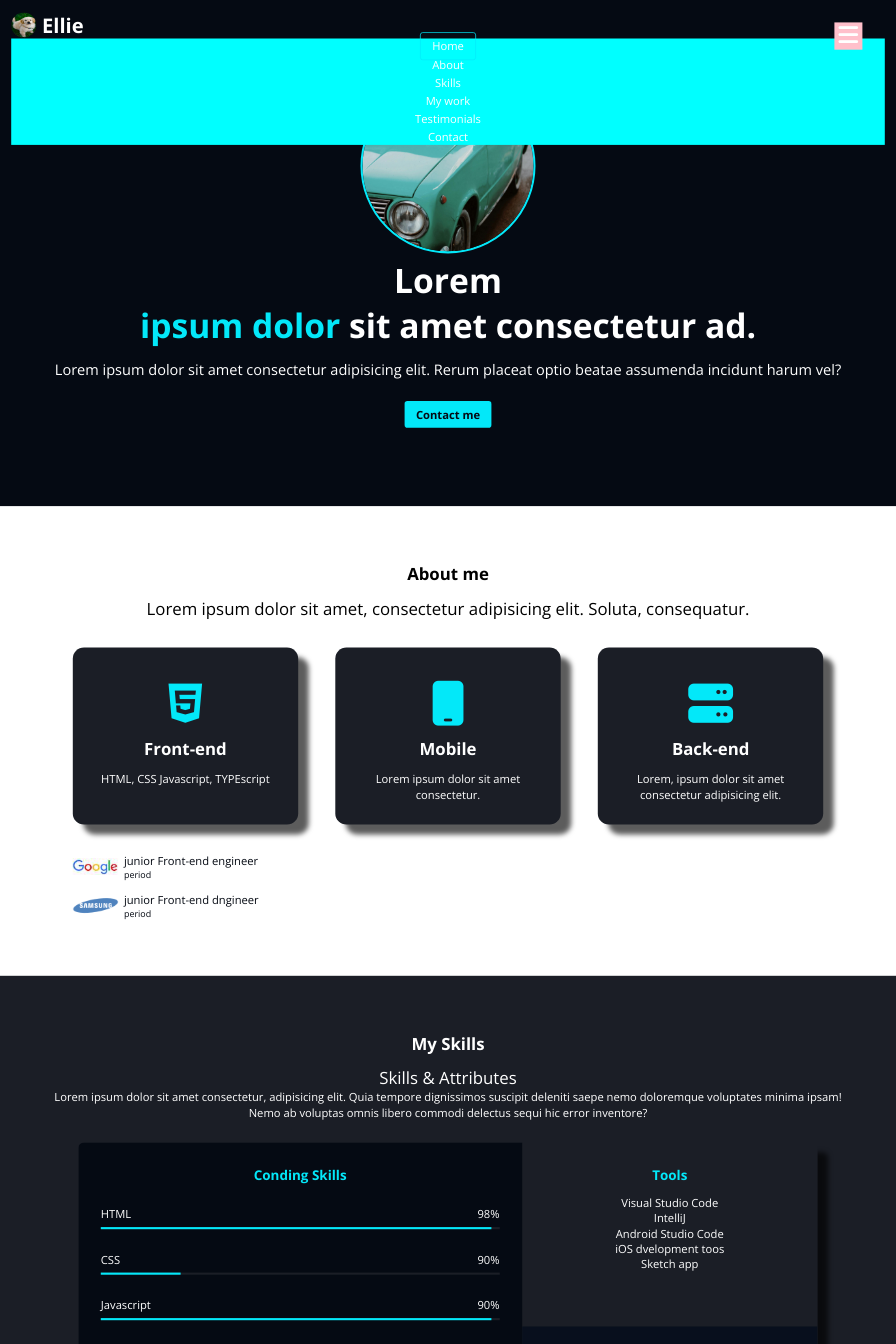
Repository: Arden-Sol/portfolio-website-clone-coding
Page: index.html
An editor plug-in stored every save of this project. The page is shown before and after the next save, followed by the edit.
The browser window is 1280 px wide. The pictures show the part of the page from y = 0 to 1920 px (the page is 4153 px tall), at 70% of full size.
Some web libraries are served in a nearby version.

Above is the page before, as saved 2024-04-04 23:54:32.

### index.html
<!DOCTYPE html>
<html lang="en">

<head>
  <meta charset="UTF-8">
  <meta name="viewport" content="width=device-width, initial-scale=1.0">
  <!-- SEO -->
  <title>Arden&#39;s portfolio</title>
  <meta name="description" content="포트폴리오 연습장" />
  <meta name="author" content="arden">
  <link rel="shortcut icon" href="image/favicon.jpg" type="image/x-icon">
  <!-- OG (Open Graph Data) -->
  <meta property="og:title" content="포트폴리오">
  <meta property="og:type" content="website">
  <meta property="og:url" content="배포후 생성된 URL">
  <meta property="og:image" content="배포후 생성된 이미지 URL">
  <!-- Goole Font -->
  <link rel="preconnect" href="https://fonts.googleapis.com">
  <link rel="preconnect" href="https://fonts.gstatic.com" crossorigin>
  <link href="https://fonts.googleapis.com/css2?family=Open+Sans:ital,wght@0,300..800;1,300..800&display=swap"
    rel="stylesheet">
  <!-- Font Awesome -->
  <script src="https://kit.fontawesome.com/4dc9c1b526.js" crossorigin="anonymous"></script>
  <!-- CSS -->
  <link rel="stylesheet" href="css/style.css">
  <!-- Javascript -->
  <script src="src/main.js" defer></script>
</head>

<body>
  <!-- Header -->
  <header class="header">
    <div class="header__logo">
      <img class="header__logo__img" src="image/favicon.jpg" alt="">
      <h1 class="header__logo__title"><a href="#">Ellie</a></h1>
    </div>
    <nav class="header__nav">
      <ul class="header__menu">
        <li><a class="header__menu__item active" href="#home">Home</a></li>
        <li><a class="header__menu__item" href="#about">About</a></li>
        <li><a class="header__menu__item" href="#skills">Skills</a></li>
        <li><a class="header__menu__item" href="#work">My work</a></li>
        <li><a class="header__menu__item" href="#testimonial">Testimonials</a></li>
        <li><a class="header__menu__item" href="#contact">Contact</a></li>
      </ul>
    </nav>
    <button class="header__bars">
      <i class="fa-solid fa-bars"></i>
    </button>
  </header>
  <!-- Main -->
  <main>
    <!-- Home -->
    <section id="home" class="section">
      <div class="home__container">
        <img class="home__avatar" src="image/picture.jpg" alt="picture">
        <h2 class="home__title">Lorem <br> <strong class="home__title--strong">ipsum dolor</strong> sit amet consectetur
          ad.</h2>
        <p class="home__description">Lorem ipsum dolor sit amet consectetur adipisicing elit. Rerum placeat optio beatae
          assumenda incidunt harum
          vel?</p>
        <a class="home__contact" href="#contact">Contact me</a>
      </div>
    </section>
    <!-- About -->
    <section id="about" class="section max-container">
      <h2 class="title">About me</h2>
      <p class="description">Lorem ipsum dolor sit amet, consectetur adipisicing elit. Soluta, consequatur.</p>
      <ul class="majors">
        <li class="major">
          <i class="fa-brands fa-html5 major__icon"></i>
          <p class="major__title">Front-end</p>
          <p>HTML, CSS Javascript, TYPEscript</p>
        </li>
        <li class="major">
          <i class="fa-solid fa-mobile major__icon"></i>
          <p class="major__title">Mobile</p>
          <p>Lorem ipsum dolor sit amet consectetur.</p>
        </li>
        <li class="major">
          <i class="fa-solid fa-server major__icon"></i>
          <p class="major__title">Back-end</p>
          <p>Lorem, ipsum dolor sit amet consectetur adipisicing elit.</p>
        </li>
      </ul>
      <ul class="jobs">
        <li class="job"><img src="image/jobs/google.png" alt="google">
          <div>
            <p class="job__name">junior Front-end engineer</p>
            <p class="job__period">period</p>
          </div>
        </li>
        <li class="job"><img src="image/jobs/samsung.png" alt="samsung">
          <div>
            <p class="job__name">
              junior Front-end dngineer
            </p>
            <p class="job__period">period</p>
          </div>
        </li>
      </ul>
    </section>
    <!-- Skills -->
    <section id="skills" class="section">
      <div class="max-container">
        <h2 class="title">My Skills</h2>
        <p class="description">Skills & Attributes</p>
        <p>Lorem ipsum dolor sit amet consectetur, adipisicing elit. Quia tempore dignissimos suscipit deleniti saepe
          nemo
          doloremque voluptates minima ipsam! Nemo ab voluptas omnis libero commodi delectus sequi hic error inventore?
        </p>
        <div class="skills">
          <section class="skills__coding">
            <h3 class="skills__title">Conding Skills</h3>
            <ul>
              <li class="bar">
                <div class="bar__metadata"><span>HTML</span><span>98%</span></div>
                <div class="bar__bg">
                  <div class="bar__value" style="width: 98%"></div>
                </div>
              </li>
              <li class="bar">
                <div class="bar__metadata"><span>CSS</span><span>90%</span></div>
                <div class="bar__bg">
                  <div class="bar__value" style="width: 20%"></div>
                </div>
              </li>
              <li class="bar">
                <div class="bar__metadata"><span>Javascript</span><span>90%</span></div>
                <div class="bar__bg">
                  <div class="bar__value" style="width: 98%"></div>
                </div>
              </li>
              <li class="bar">
                <div class="bar__metadata"><span>TYPEscript</span><span>80%</span></div>
                <div class="bar__bg">
                  <div class="bar__value" style="width: 98%"></div>
                </div>
              </li>
              <li class="bar">
                <div class="bar__metadata"><span>NodeJs</span><span>78%</span></div>
                <div class="bar__bg">
                  <div class="bar__value" style="width: 98%"></div>
                </div>
              </li>
              <li class="bar">
                <div class="bar__metadata"><span>React</span><span>68%</span></div>
                <div class="bar__bg">
                  <div class="bar__value" style="width: 98%"></div>
                </div>
              </li>
            </ul>
          </section>
          <section class="skills__tools">
            <h3 class="skills__title">Tools</h3>
            <ul>
              <li>Visual Studio Code</li>
              <li>IntelliJ</li>
              <li>Android Studio Code</li>
              <li>iOS dvelopment toos</li>
              <li>Sketch app</li>
            </ul>
          </section>
          <section class="skills__etc">
            <h3 class="skills__title">Etc</h3>
            <ul>
              <li>Git</li>
              <li>Scurm Master</li>
              <li>Math</li>
            </ul>
          </section>
        </div>
      </div>
    </section>
    <!-- Work -->
    <section id="work" class="section">
      <div class="max-container">
        <h2 class="title">My work</h2>
        <p class="description">Projects</p>
        <ul class="categories">
          <li><button class="category category--selected">All <span class="category__count">8</span></button></li>
          <li><button class="category">Front-end <span class="category__count">3</span></button></li>
          <li><button class="category">Back-end <span class="category__count">3</span></button></li>
          <li><button class="category">Mobile <span class="category__count">2</span></button></li>
        </ul>
        <ul class="projects">
          <li class="project">
            <a href="#" target="_blank">
              <img src="image/projects/project1.webp" alt="project8" class="project__img">
              <div class="project__metadata">
                <h3 class="project__title">Project #1</h3>
                <p>Clone Coding with HTML, CSS</p>
              </div>
            </a>
          </li>
          <li class="project"><a href="#" target="_blank"><img src="image/projects/project1.webp" alt="project1"
                class="project__img">
              <div class="project__metadata">
                <h3 class="project__title">Project #1</h3>
                <p>Clone Coding with HTML, CSS</p>
              </div>
            </a></li>
          <li class="project"><a href="#" target="_blank"><img src="image/projects/project2.webp" alt="project2"
                class="project__img">
              <div class="project__metadata">
                <h3 class="project__title">Project #2</h3>
                <p>Clone Coding with HTML, CSS</p>
              </div>
            </a></li>
          <li class="project"><a href="#" target="_blank"><img src="image/projects/project3.webp" alt="project3"
                class="project__img">
              <div class="project__metadata">
                <h3 class="project__title">Project #3</h3>
                <p>Clone Coding with HTML, CSS</p>
              </div>
            </a></li>
          <li class="project"><a href="#" target="_blank"><img src="image/projects/project4.webp" alt="project4"
                class="project__img">
              <div class="project__metadata">
                <h3 class="project__title">Project #4</h3>
                <p>Clone Coding with HTML, CSS</p>
              </div>
            </a></li>
          <li class="project"><a href="#" target="_blank"><img src="image/projects/project5.webp" alt="project5"
                class="project__img">
              <div class="project__metadata">
                <h3 class="project__title">Project #5</h3>
                <p>Clone Coding with HTML, CSS</p>
              </div>
            </a></li>
          <li class="project"><a href="#" target="_blank"><img src="image/projects/project6.webp" alt="project6"
                class="project__img">
              <div class="project__metadata">
                <h3 class="project__title">Project #6</h3>
                <p>Clone Coding with HTML, CSS</p>
              </div>
            </a></li>
          <li class="project"><a href="#" target="_blank"><img src="image/projects/project7.webp" alt="project7"
                class="project__img">
              <div class="project__metadata">
                <h3 class="project__title">Project #7</h3>
                <p>Clone Coding with HTML, CSS</p>
              </div>
            </a></li>
        </ul>
      </div>
    </section>
    <!-- Testimonials -->
    <section id="testimonial" class="section max-container">
      <h2 class="title">Testimonial</h2>
      <p class="description">See what they say about me</p>
      <ul class="testimonials">
        <li class="testimonial"><img class="testimonial__img" src="image/testimonials/people1.webp" alt="people1">
          <div class="testimonial__bubble">
            <p>Lorem ipsum dolor sit amet consectetur adipisicing elit. Veniam ab quasi totam excepturi iure enim iusto
              facilis ut odio facere quaerat, sapiente nesciunt eveniet magnam porro, officiis molestiae, et nobis!</p>
            <p><a class="testimonial__bubble__name" href="#">James Kim</a> /Google</p>
          </div>
        </li>
        <li class="testimonial"><img class="testimonial__img" src="image/testimonials/people2.webp" alt="people2">
          <div class="testimonial__bubble">
            <p>Lorem ipsum dolor sit amet consectetur, adipisicing elit. Deleniti est neque ipsum distinctio accusamus
              expedita molestiae mollitia animi odio quam minus a atque exercitationem quidem nisi, dolores vel quisquam
              ipsa.</p>
            <p><a class="testimonial__bubble__name" href="#">Anna Jin </a>/Samsung</p>
          </div>
        </li>
        <li class="testimonial">
          <img class="testimonial__img" src="image/testimonials/people3.webp" alt="people3">
          <div class="testimonial__bubble">
            <p>Lorem ipsum dolor sit amet consectetur adipisicing elit. Aut rerum quam quae impedit esse atque laborum
              accusantium maxime repudiandae assumenda, perferendis beatae repellat at? Nam, soluta assumenda. Veniam,
              odit possimus?</p>
            <p><a class="testimonial__bubble__name" href="#">Anna Jin </a>/Samsung</p>
          </div>
        </li>
      </ul>
    </section>
    <!-- Arrow up -->
    <aside>
      <a class="arrow-up" href="#home" title="back to top">
        <i class="fa-solid fa-arrow-up"></i></a>
    </aside>
  </main>
  <!-- Footer -->
  <footer id="contact" class="section">
    <div class="max-container">
      <h2 class="title">Let&#39;s talk</h2>
      <p class="description">highhigh222@naver.com</p>
      <ul class="contact__links">
        <li>
          <a class="contact__link" href="#" title="arden github link" target="_blank">
            <i class="fa-brands fa-github"></i>
          </a>
        </li>
        <li>
          <a class="contact__link" href="#" title="arden linkedin link" target="_blank">
            <i class="fa-brands fa-linkedin"></i>
          </a>
        </li>
      </ul>
      <p>Dream Coding ellie - All right reserved</p>
    </div>
  </footer>


</body>

</html>

### css/style.css
/* Global */
:root {
/* App Colors */
--color-primary: var(--color-black);
--color-primary-variant: var(--color-gray);
--color-accent: var(--color-blue);
--color-accent-variant: var(--color-orange);
--color-text: var(--color-white);

  /* Colors */
--color-white: #ffffff;
--color-black: #050a13;
--color-blue: #03e8f9;
--color-orange: #fd6413;
--color-gray: #1b1e26;

/* Size */
--size-max-width: 1200px;
}

*{
  box-sizing: border-box;
}

body {
  margin : 0;
  font-family: 'Open Sans', sans-serif;
}

h1, h2, h3,p,ul {
  margin : 0;

}

ul{
  list-style: none;
  padding: 0;
}
a {
  text-decoration: none;
  color : var(--color-text);
}

button {
  background-color: transparent;
  outline: 0;
  border : 0;
}

button:hover {
  outline: 1px solid var(--color-accent);
}

/* Common */
.section {
  padding: 4rem;
  text-align: center;
}
.title {
  font-size: 2.5;
  margin: 1rem 0;
}
.description {
  font-size: 1.5rem;
}
.max-container {
  max-width: var(--size-max-width);
  margin: auto;
}

/* Header */
.header{
  position:fixed;
  top:0;
  width: 100%;
  display: flex;
  justify-content: space-between;
  align-items: center;
  padding: 1rem;
  background-color: transparent;
  transition: all 300ms ease;
  z-index: 1;
  /* 새롭게 배운 것 */
}
.header--dark{
  background-color: var(--color-primary);
  box-shadow: 15px 14px 8px 0px rgba(0,0,0,0.64);
}
.header__logo {
  display: flex;
  align-items: center;
  gap:8px;
}
.header__logo__img {
  width: 36px;
  height: 36px;
  border-radius: 100%;
}
.header__logo__title {
  font-size: 1.8rem;
}
.header__menu {
  display: flex;
  gap:4px
}
.header__menu__item {
  padding: 8px 16px;
}
.header__menu__item:hover {
  border-bottom:1px solid var(--color-accent)
}
.header__menu__item.active {
  border:1px solid var(--color-accent);
  border-radius: 4px;
}
/* header bar */
.header__bars{
  background-color: pink;
  position: absolute;
  top:2rem;
  right:3rem;
  color: var(--color-text);
  font-size: 2rem;
  display: none;
}
@media screen and (min-width: 768px) {
  .header{
    flex-direction: column;
    align-items: flex-start;
  }
  .header__nav{
    /* display: none; */
    width: 100%;


  }
  .header__menu{
    background-color: aqua;
    flex-direction: column;
    align-items: center;
  }

  .header__menu__item li {
    padding: 3rem;
    margin : 4rem;
  }
  .header__bars{
    display: block;
  }
}
/* Home */
#home{
  background-color: var(--color-primary);
  color: var(--color-text);
  padding : 5rem 1rem;
  padding-top: 7rem;
  text-align: center;
}
.home__avatar{
  width: 250px;
  height: 250px;
  object-fit:cover;
  border-radius: 100%;
  border:3px solid var(--color-accent);
}
.home__title {
  font-size: 3rem;
  margin-bottom: 1rem;
}
.home__title--strong{
  color: var(--color-accent);
}
.home__description {
  font-size: 1.3rem;
}
.home__contact{
  display: inline-block;
  background-color: var(--color-accent);
  color:var(--color-black);
  padding : 0.5rem 1rem;
  margin: 2rem;
  font-weight: bold;
  border-radius: 4px;
}
.home__contact:hover{
  background-color: transparent;
  color: var(--color-text);
  outline: 2px solid var(--color-accent);
}
/* About me */
.majors{
  display: flex;
  justify-content: space-between;
  gap:1rem;
  margin: 2.5rem 0;
}
.major {
  background-color: var(--color-primary-variant);
  padding: 2rem 1rem;
  width: 30%;
  color: var(--color-text);
  border-radius: 1rem;
  cursor: default;
  box-shadow: 15px 14px 8px 0px rgba(0,0,0,0.64);
}
.major__icon{
  font-size: 4rem;
  margin: 1rem 0;
  color: var(--color-accent);
  transition: all 300ms ease;
}
.major__title{
  font-size: 1.5rem;
  font-weight: bold;
  margin-bottom:1rem;
}
.major:hover .major__icon{
  transform: rotate(-15deg) scale(1.2);
}
.jobs{
  text-align: start;
}
.job {
  display: flex;
  align-items: center;
  gap:8px;
  margin-bottom: 1rem;
}
.job__name {
  color: var(--color-primary);
}
.job__period  {
  color: var(--color-primary);
  font-size: 0.8rem;
}

/* Skills */
#skills {
  background-color: var(--color-primary-variant);
  color: var(--color-text);
}
.skills{
  display: grid;
  grid-template-columns: 6fr 4fr;
  margin: 2rem 3rem;
  border-radius: 8px;
  overflow: hidden;
  box-shadow: 15px 14px 8px 0px rgba(0,0,0,0.64);
}
.skills__title {
  color: var(--color-accent);
  margin: 1rem 0;
  font-size: 1.2rem;
}

.skills__coding{
  background-color: var(--color-primary);
  grid-row: span 2;
  padding: 1rem;
}
.skills__tools{
padding: 1rem;
}
.skills__etc{
  background-color: var(--color-primary);
  padding: 1rem;
  filter: brightness(150%);
}
.bar {
  display: flex;
  flex-direction: column;
  padding: 1rem;
  gap: 0.5rem;
}
.bar__metadata{
  display: flex;
  justify-content: space-between;
}
.bar__bg{
  width: 100%;
  height: 3px;
  background-color: var(--color-primary-variant);
}
.bar__value{
  height: 3px;
  background-color: var(--color-accent);
}

/* Word */
#work{
  background-color: var(--color-primary);
  color: var(--color-text);
}
.categories{
  display: flex;
  justify-content: center;
  margin: 2.5rem;
  gap: 1rem;
}
.category{
  position: relative;
  color: var(--color-text);
  font-size: 1.1rem;
  padding: 0.5rem 3rem;
  border-radius: 4px;
  border: 1px solid var(--color-accent);
  cursor: pointer;
  white-space: nowrap;
  /* 새롭게 배운 것 */
}
.category--selected {
  background-color: var(--color-accent);
  color: var(--color-primary);
}
.category__count{
  opacity: 0;
  position: absolute;
  top: -20px;
  right: 16px;
  width: 28px;
  height: 28px;
  line-height: 28px;
  border-radius: 100%;
  background-color: var(--color-accent-variant);
  color: var(--color-text);
  transition: all 250ms ease-in;
}
.category--selected .category__count,
.category:hover .category__count{
  opacity: 1;
  top: 0;
}

.projects {
  display: grid;
  grid-template-columns: repeat(4, 1fr);
  grid-template-rows: repeat(2, 1fr);
  gap: 1rem;
}
.project{
  position: relative;
  border-radius: 8px;
  overflow: hidden;
}
.project__img{
  width: 100%;
}
.project__metadata{
  position: absolute;
  top: 0;
  right: 0;
  width: 100%;
  height: 100%;
  background-color: var(--color-black);
  opacity: 0;
  display: flex;
  flex-direction: column;
  justify-content: center;
  align-items: center;
  transition: all 250ms ease-in;
  transform: translateY(-10px);
}
.project__metadata:hover {
  opacity: 0.8;
  transform: translateY(0px);
}
.project__title:after {
  content:'';
  display: block;
  position: relative;
  left: 50%;
  width: 50px;
  height: 2px;
  background-color: var(--color-accent);
  transform: translateX(-50%);
  margin: 0.5rem 0;
  /* 꾸미기용 가상요소 */
}

/* Testimonial */
.testimonials {
  margin: 3rem;

}
.testimonial{
  display: flex;
  gap:2rem;
  margin-bottom: 2rem;
  align-items: center;
}
.testimonial:nth-child(even) .testimonial__img{
  order:1;
}
.testimonial__img{
  width: 150px;
  height: 150px;
  border-radius: 100%;
  box-shadow: 15px 14px 8px 0px rgba(0,0,0,0.64);
}
.testimonial__bubble{
  box-shadow: 15px 14px 8px 0px rgba(0,0,0,0.64);
  padding: 1rem;
  border-radius: 8px;
}
.testimonial__bubble__name{
  color: var(--color-accent);
  font-weight: bold;
  filter: brightness(70%);
}

/* Arrow up */
.arrow-up{
  background-color: var(--color-primary);
  position: fixed;
  bottom: 3rem;
  right: 3rem;
  font-size: 3rem;
  width: 4.5rem;
  height: 4.5rem;
  border-radius: 100%;
  text-align: center;
  box-shadow: 15px 14px 8px 0px var(--color-accent);
}

/* Footer */
#contact{
  background-color: var(--color-primary);
  color: var(--color-text);
}
.contact__links {
  display: flex;
  justify-content: center;
  gap: 1rem;
  padding: 1rem;
  font-size: 2rem;
}
.contact__link {
  transition: color 250ms ease-in;

}
.contact__link:hover{
  color: var(--color-accent);
}

@media screen and (max-width: 768px){
  .section {
    padding: 3rem 2rem;
  }
  .title {
    font-size: 2rem;
  }
.description {
  font-size: 1rem;
}
.header{
  flex-direction: column;
  align-items: start;
}
.header__menu{
  flex-direction: column;
  text-align: center;
  padding: 1rem 4rem;
  gap: 1rem;
}
.header__nav{
  width: 100%;
}
#home{
  padding-bottom: 3rem;
}
.home__title {
font-size: 2.5rem;
margin-bottom: 0.5rem;
}
.majors{
  flex-direction: column;
  align-items: center;
}
.major{
  max-width:25rem;
  width: 100%;
}
.job{
  justify-content: center;
}
.skills{
  grid-template-columns: 1fr;
}
.categories{
  flex-direction: column;
}
.category{
  width: 100%;
}
.projects{
  grid-template-columns: repeat(2, 1fr);
}
.testimonial{
  flex-direction: column;
}
.testimonial:nth-child(even) .testimonial__img{
  order:0;
}
.arrow-up{
  font-size: 2rem;
  width: 3rem;
  height: 3rem;
  bottom: 1.5rem;
  right: 1.5rem;
}
}

### src/main.js
'use strict';
// Header에 페이지 아래로 스크롤시 다크 스타일링 적용
const header = document.querySelector('.header');
const headerHeight = header.getBoundingClientRect().height;
// document.addEventListener('scroll', () => {
//   if (window.scrollY > headerHeight) {
//     header.classList.add('header--dark')
//   } else {
//     header.classList.remove('header--dark')
//   }
// });

//홈화면을 아래로 스크롤시 점점 투명하게만들기
const home = document.querySelector('#home');
const homeHeight = home.getBoundingClientRect().height;
const homeContainer = document.querySelector('.home__container');

document.addEventListener('scroll', event => {
  homeContainer.style.opacity = 1 - window.scrollY / homeHeight;
});
// Arrow up 버튼을 아래로 스크롤시 투명하게 처리함
const arrowUp = document.querySelector('aside');
document.addEventListener('scroll', event => {
  if (homeHeight <= scrollY * 2) {
    arrowUp.style.display = 'block';
  } else {
    arrowUp.style.display = 'none';
  }
});

After the next save:
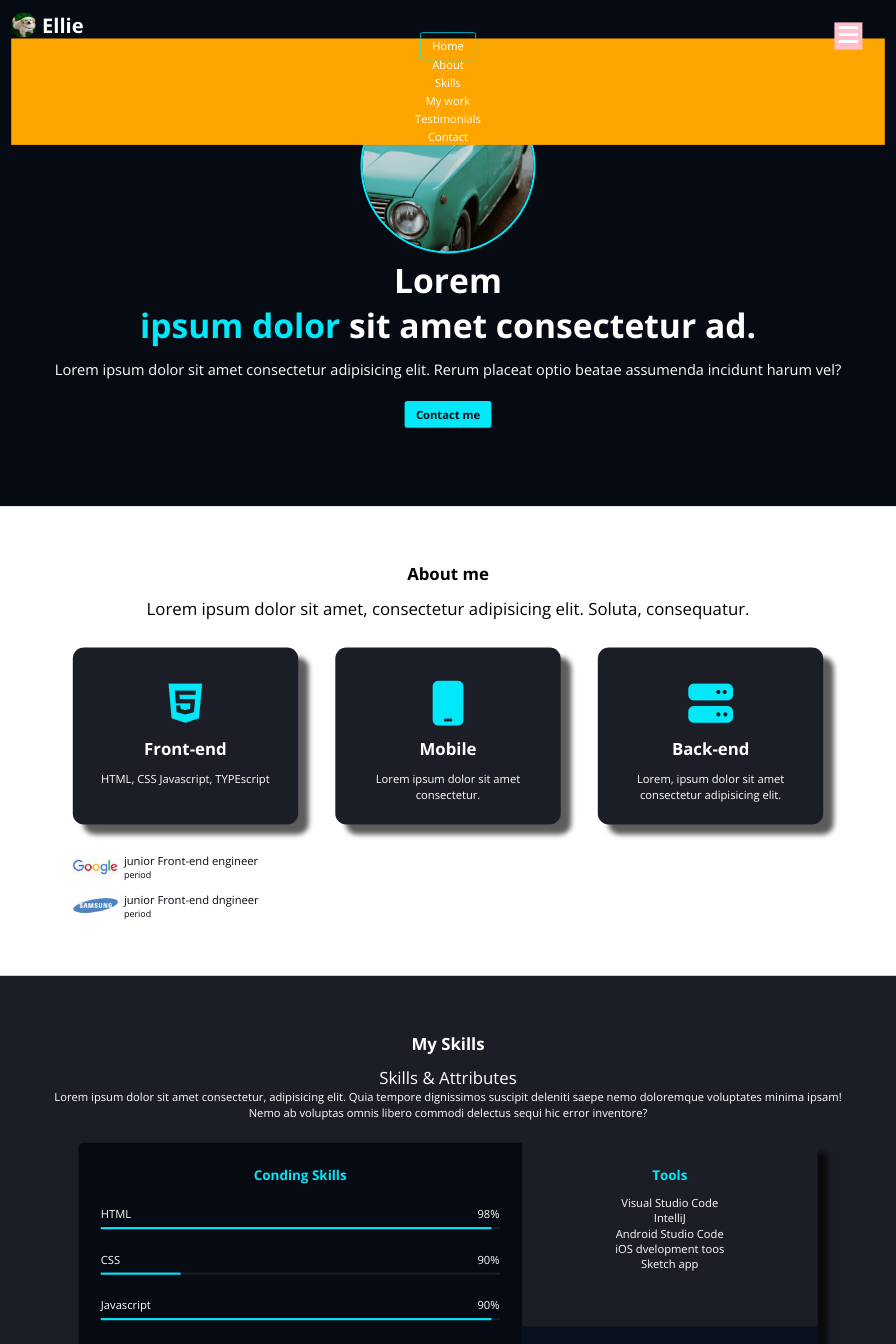
Saved 10 s later.
--- a/css/style.css
+++ b/css/style.css
@@ -135,7 +135,7 @@
 
   }
   .header__menu{
-    background-color: aqua;
+    background-color: orange;
     flex-direction: column;
     align-items: center;
   }
